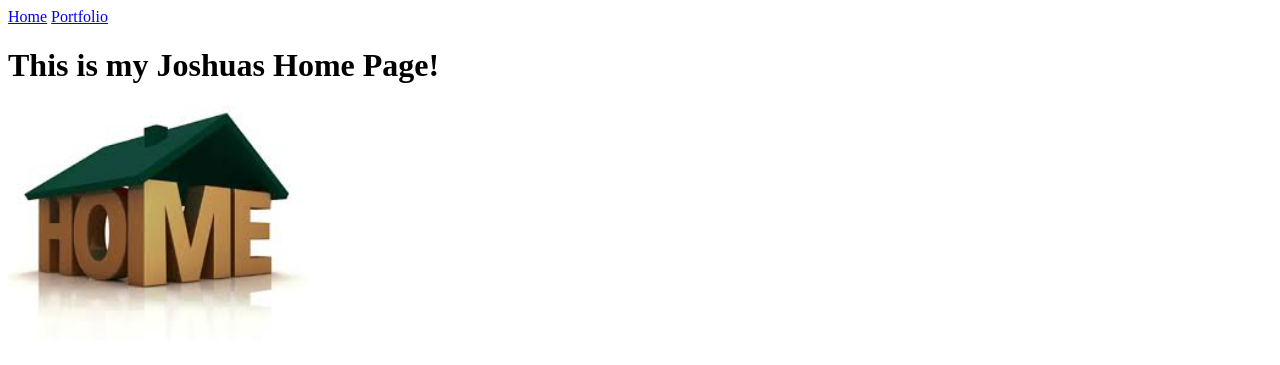
Repository: Jbarillas1874/Jbarillas1874.github.io
Page: my_website/index.html
The author's editor kept a record of every edit. The page is drawn from the files as they stood at one moment, then again after the next edit.
The browser window is 1280 px wide. The pictures show the whole page.

Above is the page before.

After the next edit:
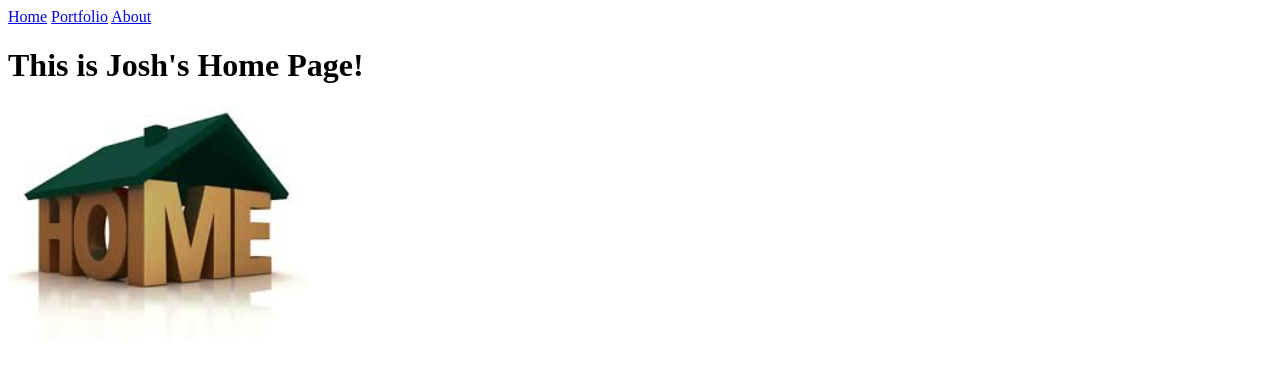
The edit:
--- a/my_website/index.html
+++ b/my_website/index.html
@@ -1,3 +1,4 @@
+
 <!doctype html>
 <html lang="en">
   <head>
@@ -7,7 +8,8 @@
   <body>
     <a href="index.html">Home</a>
     <a href="portfolio.html">Portfolio</a>
-    <h1>This is my Joshuas Home Page!</h1>
+    <a href="about.html">About</a>
+    <h1>This is Josh's Home Page!</h1>
     <img src="images/home.jpg" height="250">
   </body>
 </html>
